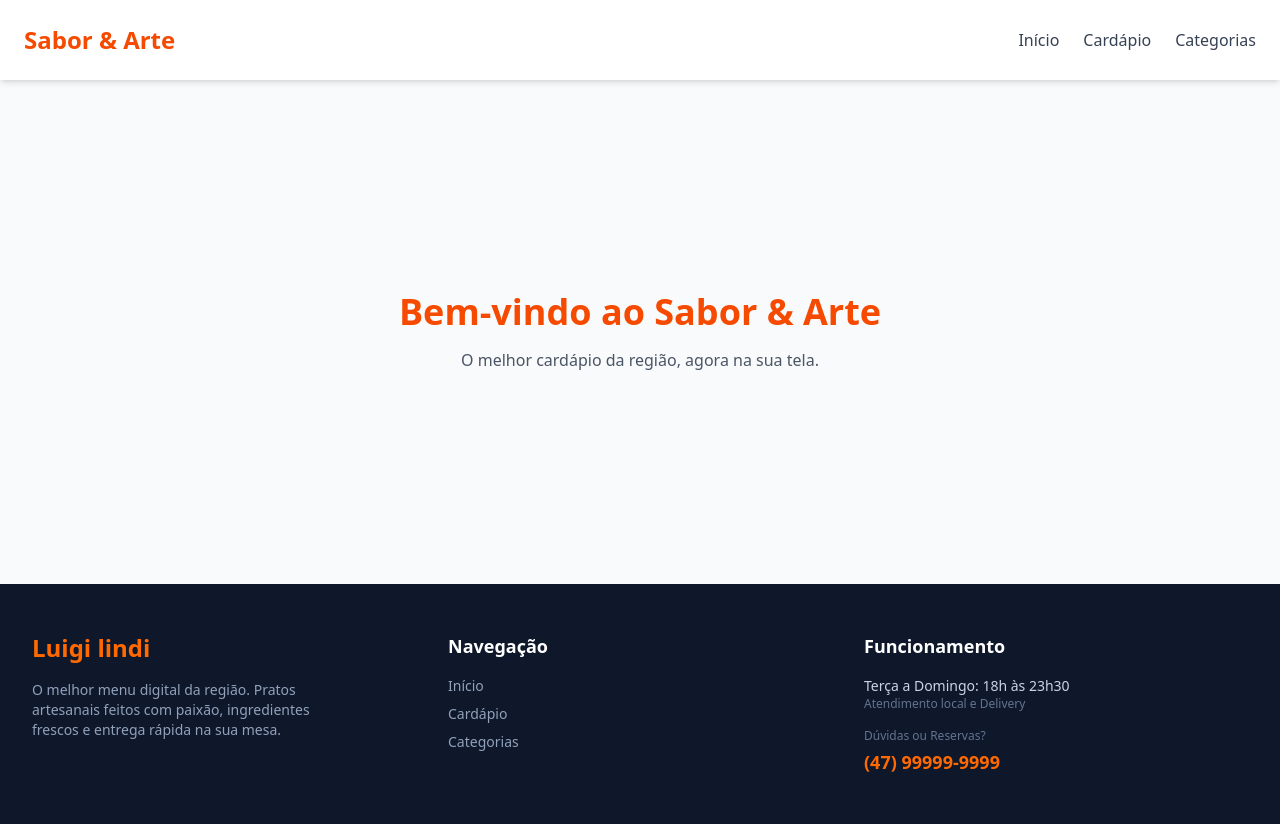
Repository: LuigiBLombardo/Next---Atividade
Page: / (app in sistema-cardapio/)
An editor plug-in stored every save of this project. The page is shown before and after a run of saves, followed by the edit.
The browser window is 1280 px wide. The pictures show the whole page.
The project was rebuilt for these pictures with package versions that can differ from the ones it lists, and the page was loaded fresh each time. The framework's server and built-in components were replaced by stand-ins that run in the browser. Also part of the build but not shown: sistema-cardapio/next.config.mjs.

Above is the page before, as saved 2026-09-04 20:46:10.

After the next 2 saves:
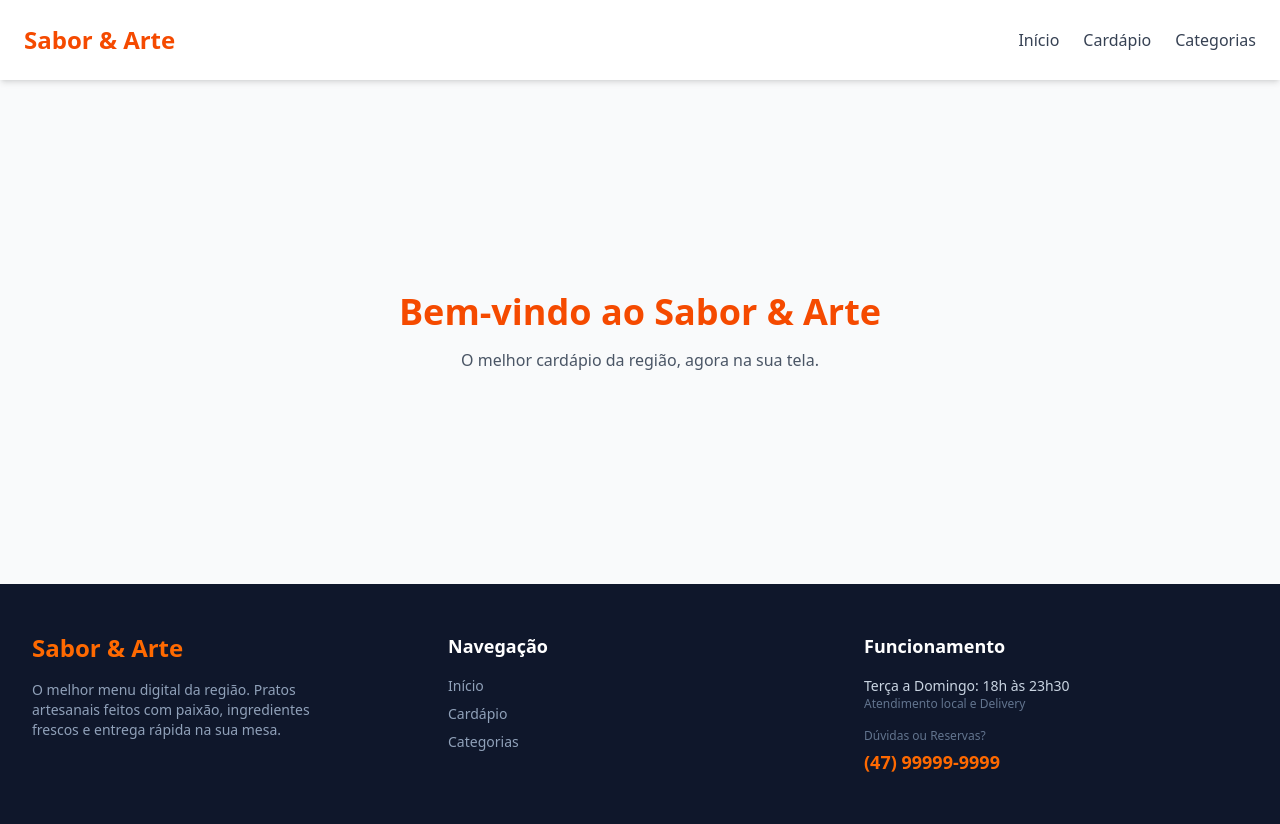
The 2 saves are shown as one change because they came seconds apart.
The last was saved 8 s later.
--- a/sistema-cardapio/src/components/Footer.js
+++ b/sistema-cardapio/src/components/Footer.js
@@ -8,7 +8,7 @@ export default function Footer(){
 
                     <div>
                         <h2 className="text-2xl font-bold text-orange-500 mb-4">
-                            Luigi lindi
+                            Sabor & Arte
                         </h2>
                         <p className="text-sm max-w-xs text-slate-400">
                             O melhor menu digital da região. Pratos artesanais feitos com
